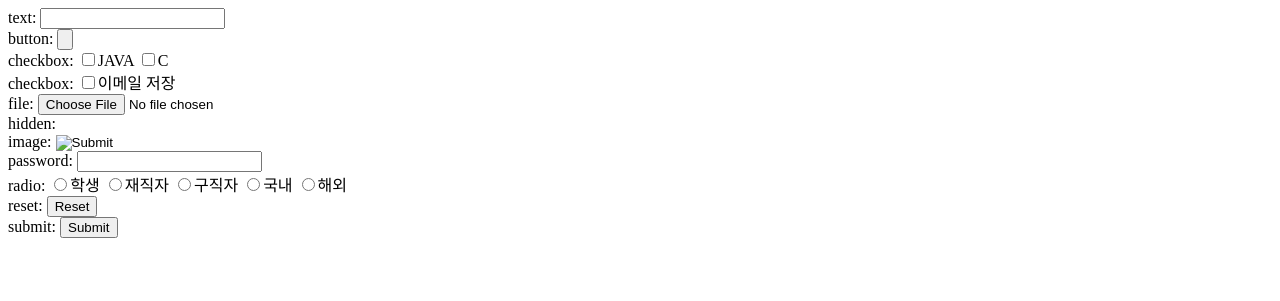
Repository: soso1525/bitcamp
Page: workspace/java-web/src/main/webapp/ch2/2-38.html
The author's editor kept a copy of each file at every save. The page is drawn from the files as they stood at one save, then again after the next save.
The browser window is 1280 px wide. The pictures show the whole page.

Above is the page before, as saved 2017-12-12 07:16:19.

After the next save:
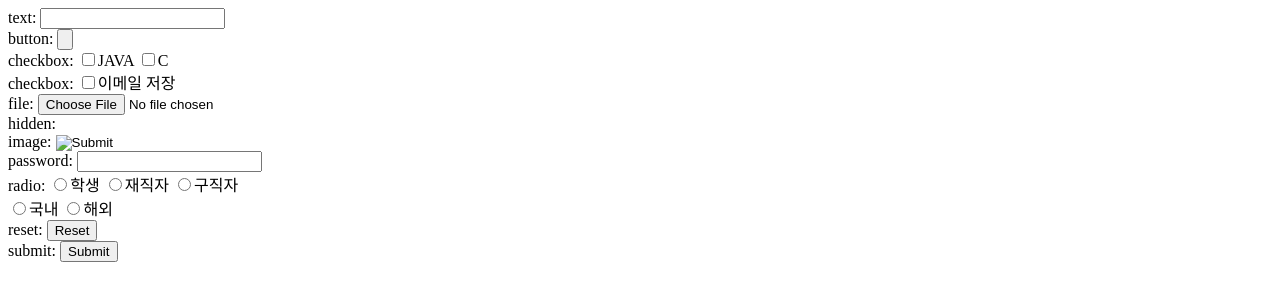
Saved 15 s later.
--- a/workspace/java-web/src/main/webapp/ch2/2-38.html
+++ b/workspace/java-web/src/main/webapp/ch2/2-38.html
@@ -16,7 +16,7 @@
         password: <input type="password" /><br />
         radio: <input type="radio" name="type"/>학생
                <input type="radio" name="type"/>재직자
-               <input type="radio" name="type"/>구직자
+               <input type="radio" name="type"/>구직자 <br/>
                <input type="radio" name="oversea"/>국내
                <input type="radio" name="oversea"/>해외 <br/>
         reset: <input type="reset" /><br />

After the 3 saves that followed:
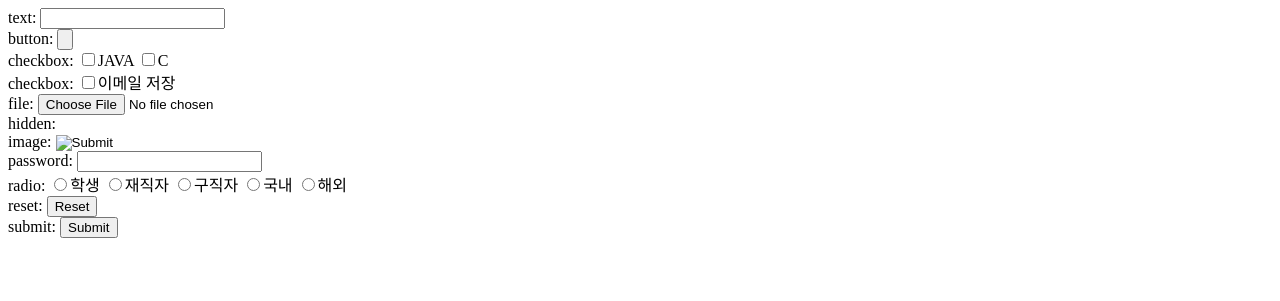
The 3 saves are shown as one change because 2 left the picture as it was.
The last was saved 114 s later.
--- a/workspace/java-web/src/main/webapp/ch2/2-38.html
+++ b/workspace/java-web/src/main/webapp/ch2/2-38.html
@@ -14,11 +14,11 @@
         hidden: <input type="hidden" value="aa"/><br />
         image: <input type="image" /><br />
         password: <input type="password" /><br />
-        radio: <input type="radio" name="type"/>학생
-               <input type="radio" name="type"/>재직자
-               <input type="radio" name="type"/>구직자 <br/>
-               <input type="radio" name="oversea"/>국내
-               <input type="radio" name="oversea"/>해외 <br/>
+        radio: <input type="radio" name="type" value="student"/>학생
+               <input type="radio" name="type" value="worker"/>재직자
+               <input type="radio" name="type" value="jobseeker"/>구직자
+               <input type="radio" name="oversea" value="in"/>국내
+               <input type="radio" name="oversea" value="out"/>해외 <br/>
         reset: <input type="reset" /><br />
         submit: <input type="submit" />
     </form>
